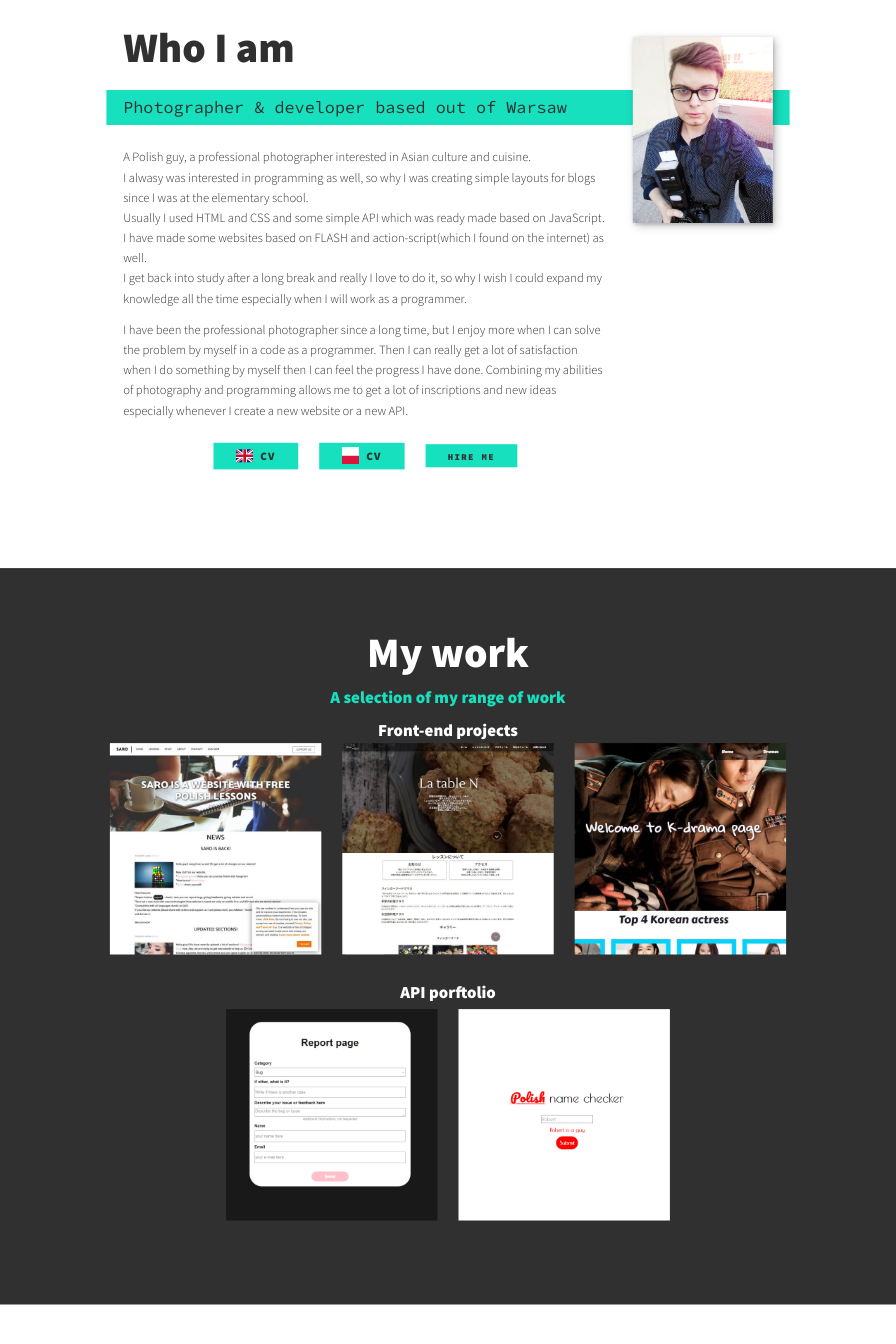
Repository: michalskirobert/michalskirobert.github.io
Page: index.html
An editor plug-in stored every save of this project. The page is shown before and after the next save, followed by the edit.
The browser window is 1280 px wide. The pictures show the part of the page from y = 1422 to 3342 px (the page is 4481 px tall before and 4510 px after), at 70% of full size.
Some web libraries are served in a nearby version.

Above is the page before, as saved 2020-11-08 19:43:35.
Console error: TypeError: Cannot read properties of null (reading 'addEventListener')

After the next save:
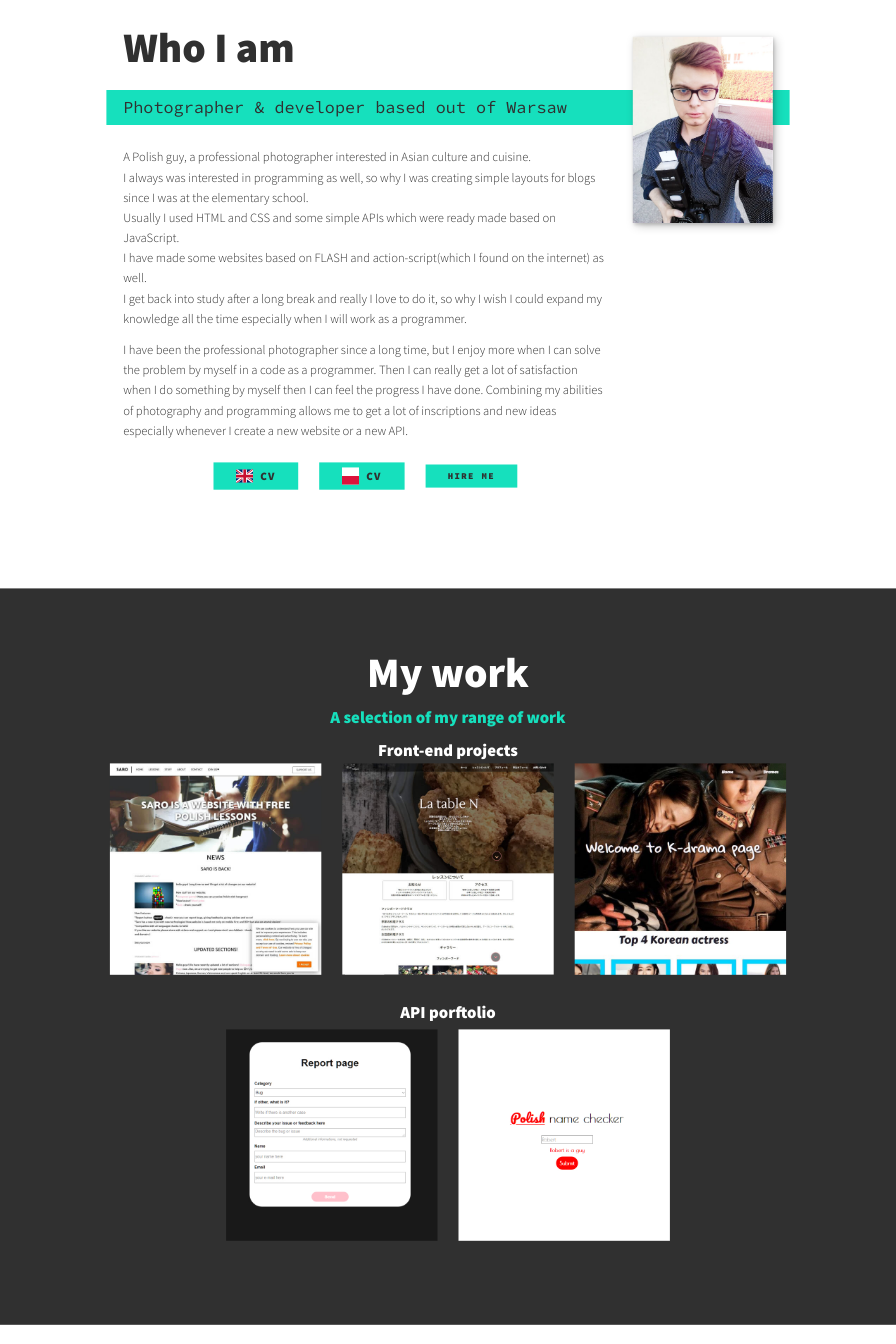
Saved 101 s later.
--- a/index.html
+++ b/index.html
@@ -114,9 +114,9 @@
 
         <div class="about-me__body">
             <p>A Polish guy, a professional photographer interested in Asian culture and cuisine. <br>
-                I alwasy was interested in programming as well, so why I was creating simple layouts for blogs since I
+                I always was interested in programming as well, so why I was creating simple layouts for blogs since I
                 was at the elementary school. <br>
-                Usually I used HTML and CSS and some simple API which was ready made based on JavaScript. <br>
+                Usually I used HTML and CSS and some simple APIs which were ready made based on JavaScript. <br>
                 I have made some websites based on FLASH and action-script(which I found on the internet) as well. <br>
                 I get back into study after a long break and really I love to do it, so why I wish I could expand my
                 knowledge all the time especially when I
